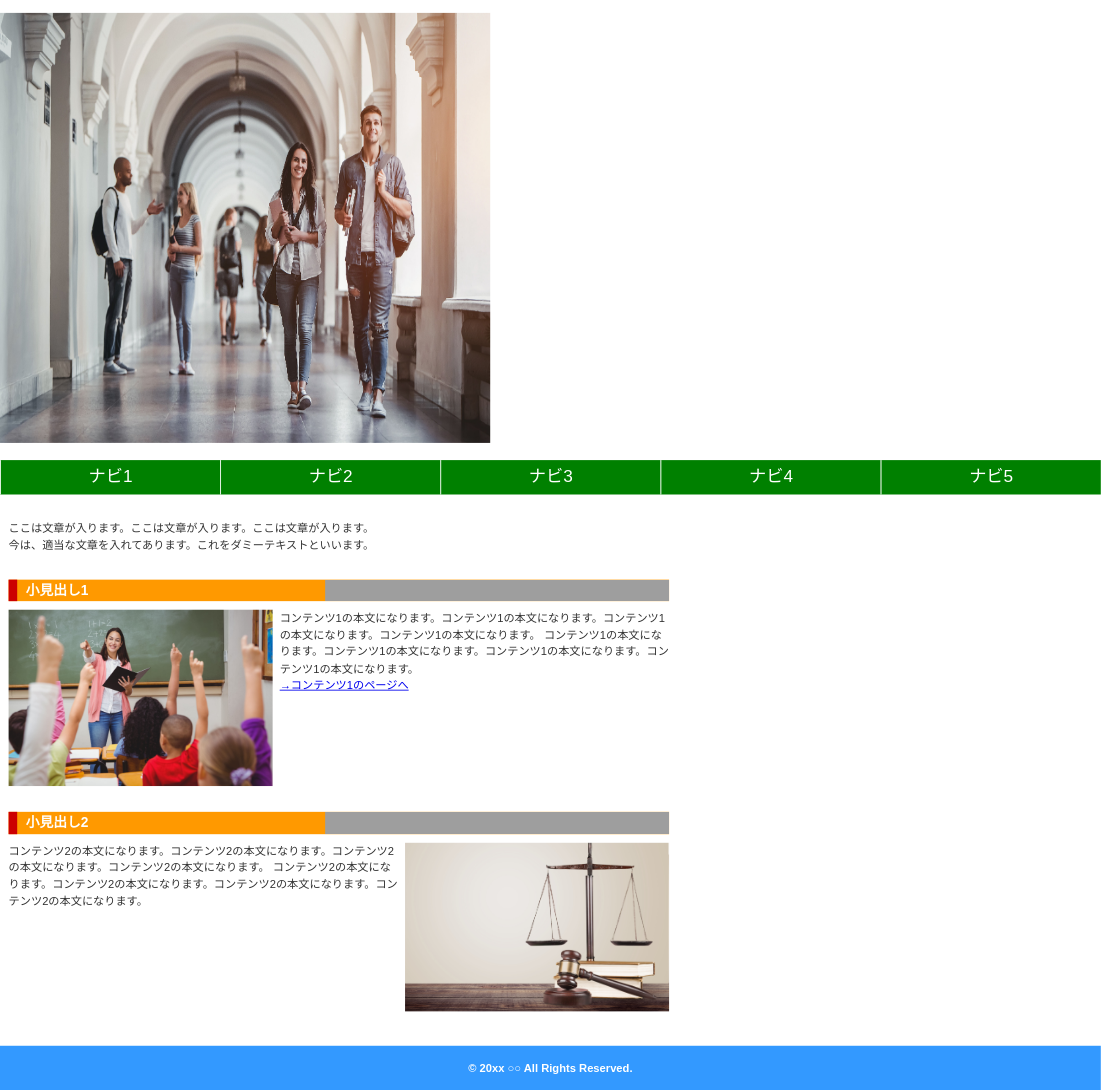
Repository: ondakoichi/samurai_HTML-CSS
Page: HTML/home.html
The author's editor kept a record of every edit. The page is drawn from the files as they stood at one moment, then again after the next edit.
The browser window is 1280 px wide. The pictures show the whole page, at 86% of full size.
Pictures or frames that could not be fetched are drawn as grey boxes.

Above is the page before.

### HTML/home.html
<!DOCTYPE html>
<html lang="ja">
    <head>
        <meta charset="UTF-8">
        <title>HTML/CSSの学習</title>
        <link rel="stylesheet" href="stylesheet.css">
    </head>
   <body>
        <div id="header">
            <h3><a href="index.html">
                <img id="corridor.jpg"
                src="images/corridor.jpg"
                alt="大学の廊下"
                width="570"
                height="500"/></a></h1>
        </div>
        <div id="wrapper">
          <div id="nav">
                <ul>
                    <li><a href="home.html">ナビ1</a></li>
                    <li><a href="#">ナビ2</a></li>
                    <li><a href="#">ナビ3</a></li>
                    <li><a href="#">ナビ4</a></li>
                    <li><a href="#">ナビ5</a></li>
                </ul>
            </div>
        </div>
        <div id="container">
                <div id="main">
                    <div class="post">
                        <p>ここは文章が入ります。ここは文章が入ります。ここは文章が入ります。<br />今は、適当な文章を入れてあります。これをダミーテキストといいます。</p>
                    </div>
                    <div class="post clearfix">
                        <h2>小見出し1</h2>
                        <img class="left" src="images/classroom.jpg" alt="授業風景" />
                     <p>
                            コンテンツ1の本文になります。コンテンツ1の本文になります。コンテンツ1の本文になります。コンテンツ1の本文になります。
                            コンテンツ1の本文になります。コンテンツ1の本文になります。コンテンツ1の本文になります。コンテンツ1の本文になります。
                        </p>
                        <p><a href="#">→コンテンツ1のページへ</a></p>
                    </div>
                    <div class="post clearfix">
                        <h2>小見出し2</h2>
                        <img class="right" src="images/scale.jpg" alt="天秤" />
                        <p>
                            コンテンツ2の本文になります。コンテンツ2の本文になります。コンテンツ2の本文になります。コンテンツ2の本文になります。
                            コンテンツ2の本文になります。コンテンツ2の本文になります。コンテンツ2の本文になります。コンテンツ2の本文になります。
                        </p>
                    </div>
                </div>
            </div>
        <div id="footer">
            <p>&copy; 20xx ○○ All Rights Reserved.</p>
        </div>
    </body>
</html>

### HTML/stylesheet.css
@charset "utf-8";

body {
	margin: 0;
	padding: 0;
	font-family: "ヒラギノ角ゴ Pro W3",
	"Hiragino Kaku Gothic Pro", "メイリオ",
	Meiryo, Osaka, "ＭＳ Ｐゴシック", "MS PGothic",
	sans-serif;
	color: #333;
	font-size: 13px;
	line-height: 150%;
}

/* -------------------- wrapper -------------------- */
#wrapper {
	width: 100%;
	margin: auto;
	padding: 0px;
	border: 0px;
	background-color: #FFF;
	top: 0px;
	position: relative;
}

 /* -------------------- header -------------------- */
 #header {
 	width: 100%;
 }
 #header h1 {
 	 margin: 0;
	 padding: 0;
 }

 #corridor {
	 width: 100%;
	 height: auto;
 }


 /* -------------------- footer -------------------- */
 #footer {
 	 clear: both;
 	 width: 100%;
 	 padding: 3px 0 3px 0;
 	 background: #39F;
 	 color: #FFF;
 	 font-weight: bold;
 	 text-align: center;
}

/* -------------------- nav -------------------- */
 #nav {
	 width: 100%;
 }
 #nav ul {
	 margin: 0;
	 padding: 0;
	 list-style-type: none;
 }
 #nav ul li {
	 float: left;
	 width: 20%;
	 text-align: center;
 }
 #nav ul li a {
	 display: block;
	 height: 20px;
	 margin: 0;
	 padding: 10px;
	 color: #FFF;
	 font-size: 20px;
	 text-decoration: none;
	 background-color: green;
    border-left: 1px solid white;
 }

 #nav ul li a:hover {
	 filter: drop-shadow(10px 10px 10px black);
 }

 /* -------------------- container -------------------- */
 #container {
	 width: 100%;
	 margin: auto ;
	 padding: auto;
	 padding-top: 20px;
	 clear: both;
 }
 /* -------------------- main -------------------- */
 #main {
	 float: left;
	 width: 60%;
	 padding: 10px 30px 10px 10px;
 }
 #main h2 {
	 margin: 0 0 10px 0;
	 padding: 3px 10px 3px 10px;
	 color: #FFF;
	 font-size: 16px;
	 border-left: solid 10px #C00;
	 background: #F90 url(../images/main_h2.jpg) right top repeat-y;
 }
 #main p {
	 margin: 0;
	 padding: 0;
 }
 #main .post {
	 margin: 0 0 30px 0;
 }

 #main .post img.right {
	 margin: 0 0 0 8px;
 }
 #main .post img.left {
	 margin: 0 8px 0 0;
 }

 .right {
	 float: right;
	 width: 40%;
	 height: auto;
 }
 .left {
	 float: left;
	 width: 40%;
	 height: auto;
 }

 /* -------------------- clearfix -------------------- */
 .clearfix {
	 zoom: 1;
 }
 .clearfix:after{
	 content: "";
	 display: block;
	 clear: both;
}
/* -------------------- clearfix -------------------- */
.clearfix {
	zoom: 1;
}
.clearfix:after{
	content: "";
	display: block;
	clear: both;
}

 /* -------------------- side -------------------- */
 #side {
 	 float: right;
 	 width: 30%;
 	 padding: 20px;
 	 background-color: #F99;
 }
 #side .box {
 	 margin: 0 auto 30px auto;
 	 padding: 0 0 20px 0;
 	 background: url(images/side_box.png) bottom no-repeat;
 }
 #side .box h2 {
 	 margin: 0;
 	 padding: 8px;
 	 text-align: center;
 	 color: #fff;
 	 font-size: 16px;
 	 line-height: 16px;
 	 font-weight: normal;
 	 background: url(images/side_box_h2.png) center no-repeat;
 }
 #side .box .boxBody {
 	 padding: 8px;
 	 border-right: solid 1px #C36;
 	 border-bottom: solid 1px #C36;
 	 border-left: solid 1px #C36;
 	 background: #fff;
 }
 #side .box .boxBody ul {
 	 margin: 0 0 16px 0;
 	 padding: 0;
 }
 #side .box .boxBody ul li {
 	 padding: 8px 0 8px 4px;
 	 list-style: none;
 	 border-bottom: solid 1px #C36;
 }

After the next edit:
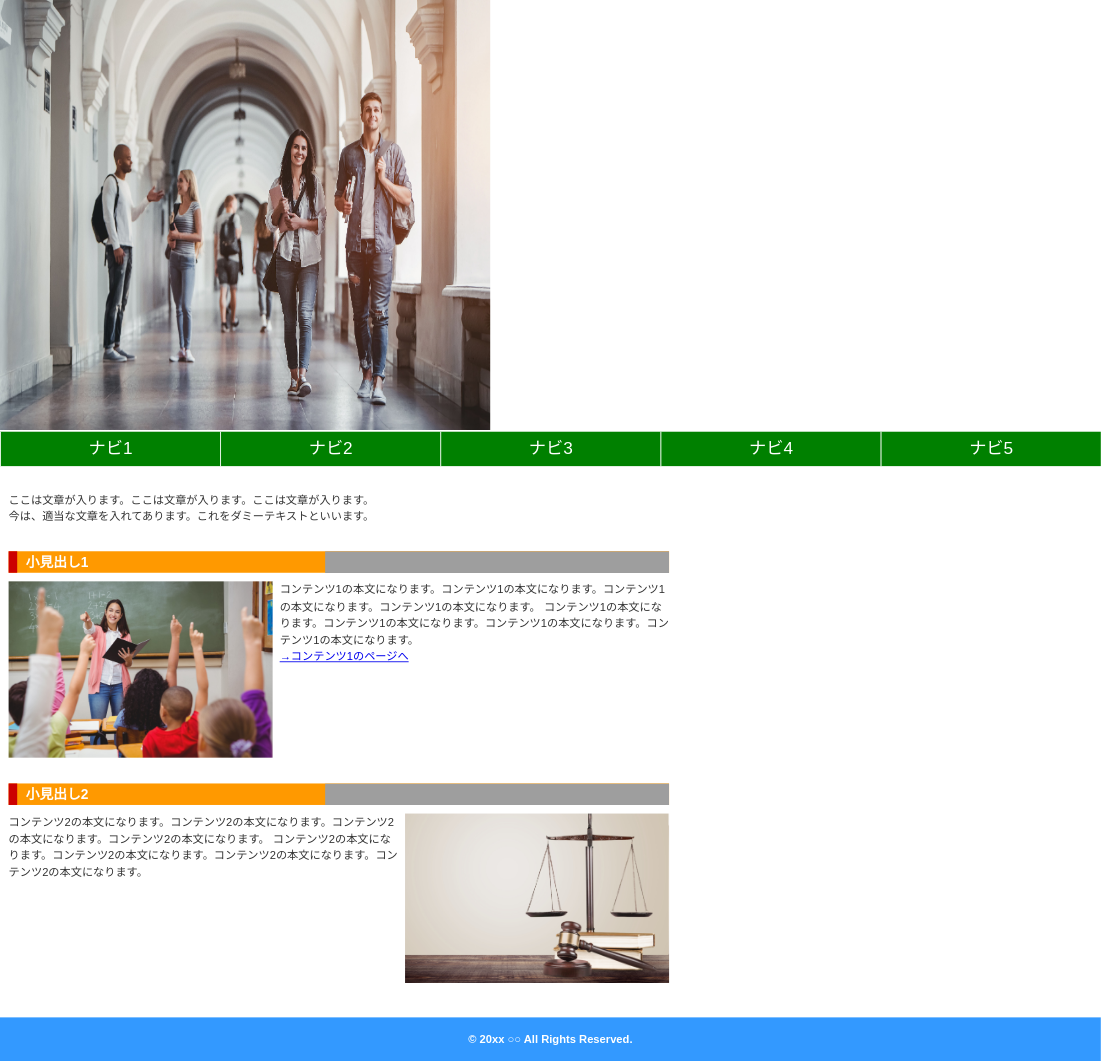
The edit:
--- a/HTML/home.html
+++ b/HTML/home.html
@@ -7,7 +7,7 @@
     </head>
    <body>
         <div id="header">
-            <h3><a href="index.html">
+            <h1><a href="index.html">
                 <img id="corridor.jpg"
                 src="images/corridor.jpg"
                 alt="大学の廊下"
